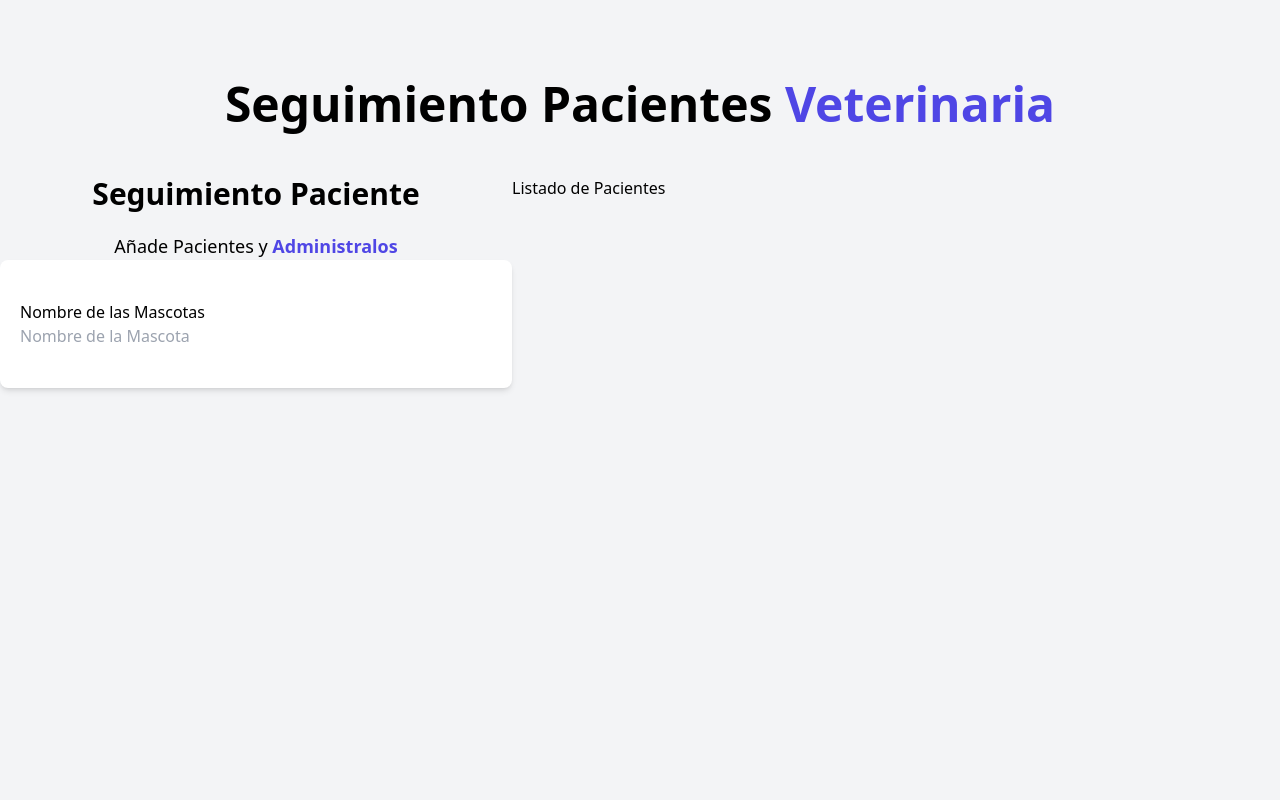
Repository: richardacb/citas_react_vite
Page: /
These files come from the project's save history. The page is drawn as it stood at one moment and after the next save; the edit follows.
The browser window is 1280 px wide. The pictures show the whole page.
The project was rebuilt for these pictures with package versions that can differ from the ones it lists, and the page was loaded fresh each time. Also part of the build but not shown: vite.config.js.

Above is the page before, as saved 2022-12-17 02:42:25.

After the next save:
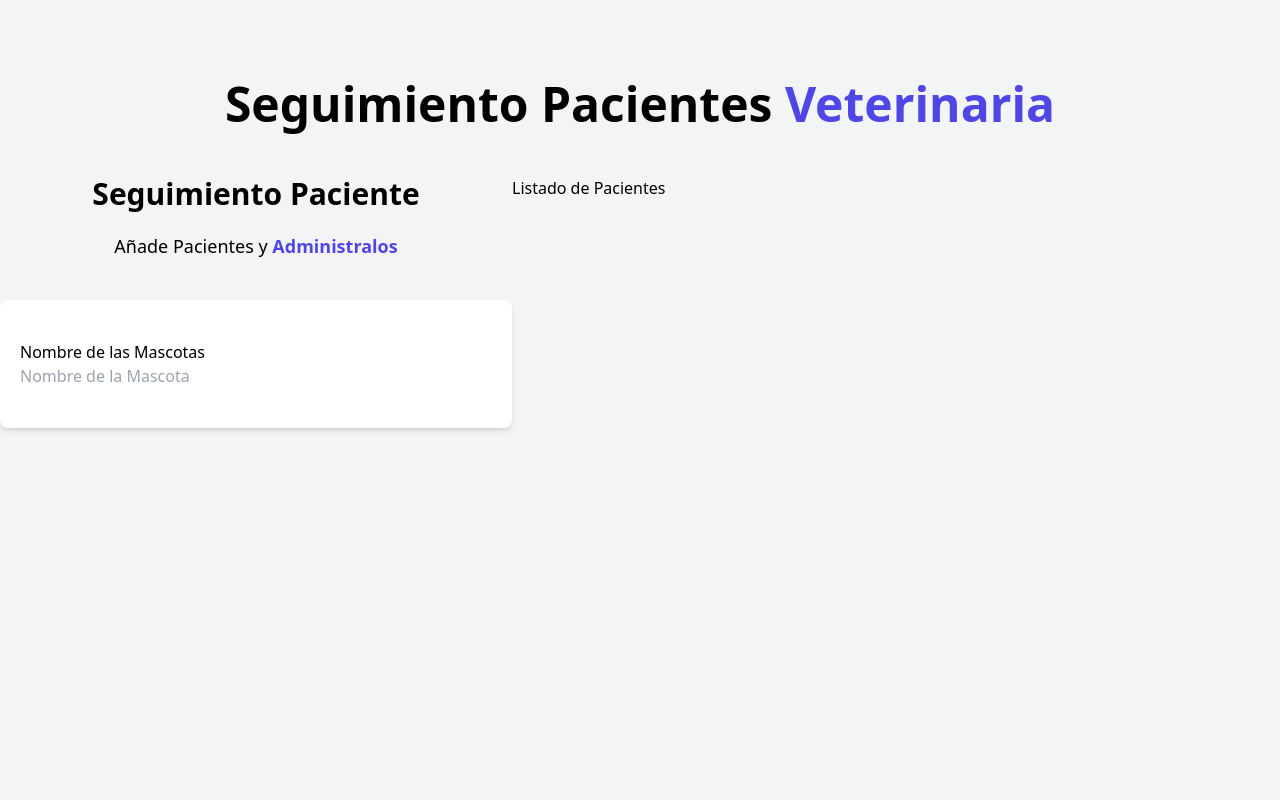
Saved 16 s later.
--- a/src/components/Formulario.jsx
+++ b/src/components/Formulario.jsx
@@ -3,7 +3,7 @@ const Formulario = () => {
         <div className="md:w-1/2 lg:w-2/5">
             <h2 className="font-black text-3xl text-center">Seguimiento Paciente</h2>
 
-            <p className="text-lg mt-5 text-center">
+            <p className="text-lg mt-5 text-center mb-10">
                 Añade Pacientes y {''} <span className="text-indigo-600 font-bold">Administralos</span>
             </p>
 
